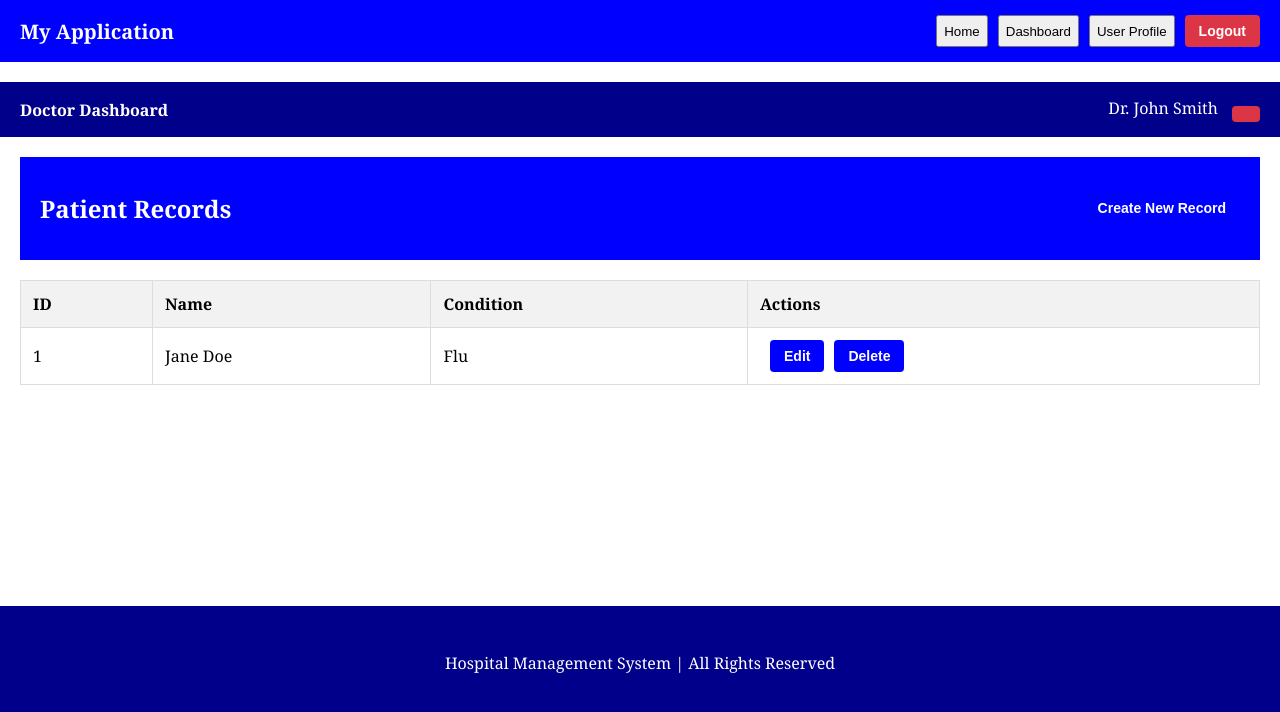
Repository: BinuriJ/HospitalSystem
Page: http://localhost/CyborgSys/DoctorDashboard.jsp
These files come from the project's save history. The page is drawn as it stood at one moment and after the next save; the edit follows.
The browser window is 1280 px wide. The pictures show the whole page.
The page is served by Tomcat 9.

Above is the page before, as saved 2025-05-09 17:47:31.

### CyborgSys/WebContent/DoctorDashboard.jsp
<%@ page language="java" contentType="text/html; charset=UTF-8" pageEncoding="UTF-8"%>
<%@ include file="DocterDashboardstyles.jsp" %>
<!DOCTYPE html>
<html>
<head>
    <meta charset="UTF-8">
    <title>Doctor Dashboard</title>
    <style>
    	<jsp:include page="footerCss.jsp" />
    </style>
</head>
<body>

<jsp:include page="header.jsp" />

<div class="top-bar">
    <div><strong>Doctor Dashboard</strong></div>
    <div>
        <span>Dr. John Smith</span>
        <button class="btn btn-logout" style="margin-left: 10px;">
    </div>
</div>

<div class="container">
    <div class="header">
        <h2>Patient Records</h2>
        <button class="btn btn-create">Create New Record</button>
    </div>

    <table>
        <thead>
            <tr>
                <th>ID</th>
                <th>Name</th>
                <th>Condition</th>
                <th>Actions</th>
            </tr>
        </thead>
        <tbody>
            <tr>
                <td>1</td>
                <td>Jane Doe</td>
                <td>Flu</td>
                <td>
                    <div class="actions">
                    	<br>
                        <button class="btn btn-edit">Edit</button>
                        <button class="btn btn-delete">Delete</button>
                    </div>
                </td>
            </tr>
        </tbody>
    </table>
</div>

 <!-- Include the footer -->
        <jsp:include page="footer.jsp" />

</body>
</html>

### CyborgSys/WebContent/DocterDashboardstyles.jsp
<style>
body {
    font-family: Cambria, sans-serif;
    margin: 0;
    background-color: white;
}

.top-bar {
    background-color: darkblue;
    color: white;
    padding: 15px 20px;
    display: flex;
    justify-content: space-between;
    align-items: center;
}

.container {
    padding: 20px;
}

.header {
    display: flex;
    justify-content: space-between;
    align-items: center;
    margin-bottom: 20px;
}

.btn {
    padding: 10px 16px;
    border: none;
    border-radius: 4px;
    cursor: pointer;
    font-size: 14px;
}

.btn-create {
    background-color: green;
    color: white;
}

.btn-edit {
    background-color: green;
    color: white;
}

.btn-delete {
    background-color: red;
    color: white;
}


table {
    width: 100%;
    border-collapse: collapse;
    background-color: white;
}

th, td {
    border: 1px solid #ddd;
    padding: 12px;
    text-align: left;
}

th {
    background-color: #f2f2f2;
}

.actions {
    display: flex;
    gap: 10px;
}
</style>

### CyborgSys/WebContent/footerCss.jsp
<style>

html, body {
    height: 100%; /* Make the html and body take full height of the viewport */
}

body {
    display: flex;
    flex-direction: column; /* Use flexbox to arrange content vertically */
    min-height: 100vh; /* Make body take the full height of the viewport */
}

.container {
    flex: 1; /* Let the main content expand to fill the available space */
}

footer {
    background-color: darkblue; /* Dark background for the footer */
    color: white; /* White text */
    padding: 10px 0; /* Padding for the footer */
    text-align: center; /* Center the footer text */
}

</style>

### CyborgSys/WebContent/header.jsp
<%@ page language="java" contentType="text/html; charset=UTF-8" pageEncoding="UTF-8"%>
<%@ include file="HeaderCss.jsp" %>
<!DOCTYPE html>
<html>
<head>
  <meta charset="UTF-8">
  <title>Common Header</title>
</head>
<body>

<div class="header">
  <div class="logo">My Application</div>
  <div class="nav-buttons">
    <button class="header-btn">Home</button>
    <button class="header-btn">Dashboard</button>
    <button class="header-btn">User Profile</button>
    <button class="btn btn-logout">Logout</button>
  </div>
</div>

</body>
</html>

### CyborgSys/WebContent/HeaderCss.jsp
<style>
body {
  margin: 0;
  font-family: Cambria, sans-serif;
}

.header {
  background-color: blue;
  padding: 15px 20px;
  display: flex;
  justify-content: space-between;
  align-items: center;
  color: white;
}

.logo {
  font-size: 20px;
  font-weight: bold;
}

.nav-buttons {
  display: flex;
  gap: 10px;
}

.btn {
  background-color: blue;
  color: white;
  border: none;
  padding: 8px 14px;
  border-radius: 4px;
  cursor: pointer;
  font-weight: bold;
}

.btn:hover {
  background-color: darkblue;
}

.btn-logout {
  background-color: #dc3545;
  color: white;
}

.btn-logout:hover {
  background-color: #c82333;
}
</style>

### CyborgSys/WebContent/footer.jsp
<!-- footer.jsp -->
<footer class="bg-dark text-light py-3">
    <div class="container text-center">
        <p>Hospital Management System | All Rights Reserved</p>
    </div>
</footer>

After the next save:
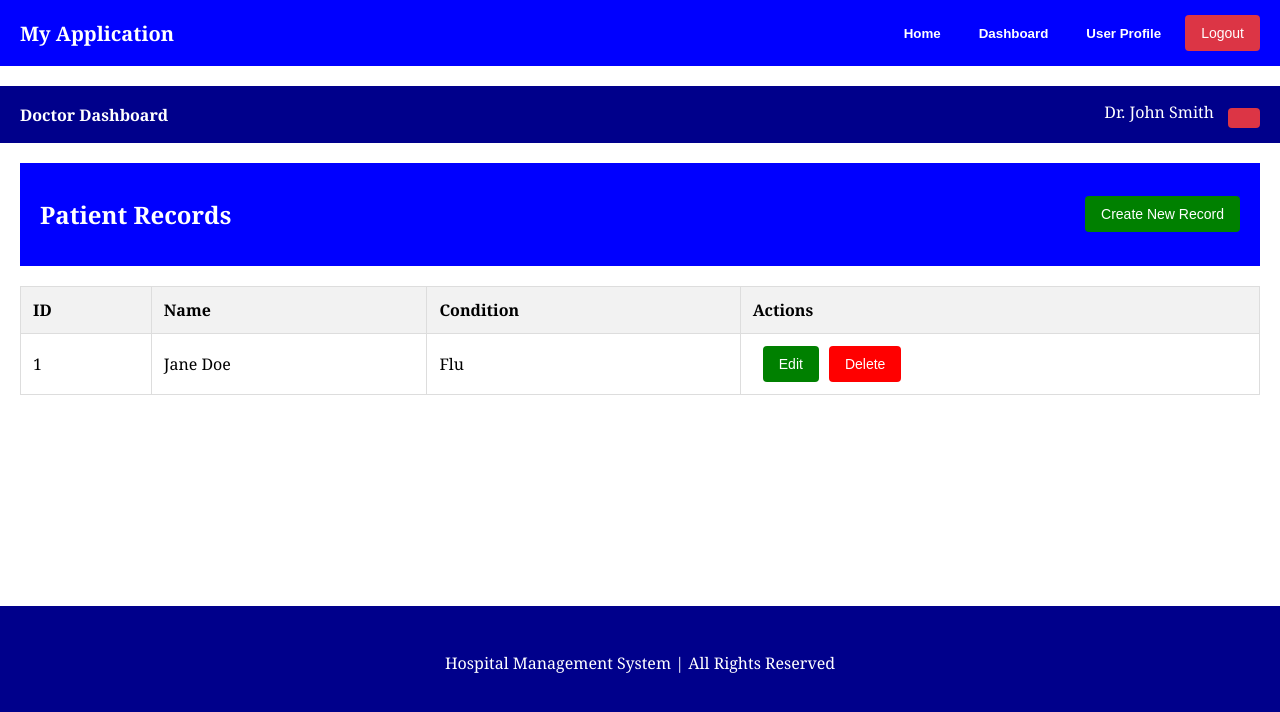
Saved 45 s later.
--- a/CyborgSys/WebContent/HeaderCss.jsp
+++ b/CyborgSys/WebContent/HeaderCss.jsp
@@ -23,7 +23,7 @@ body {
   gap: 10px;
 }
 
-.btn {
+.header-btn {
   background-color: blue;
   color: white;
   border: none;
